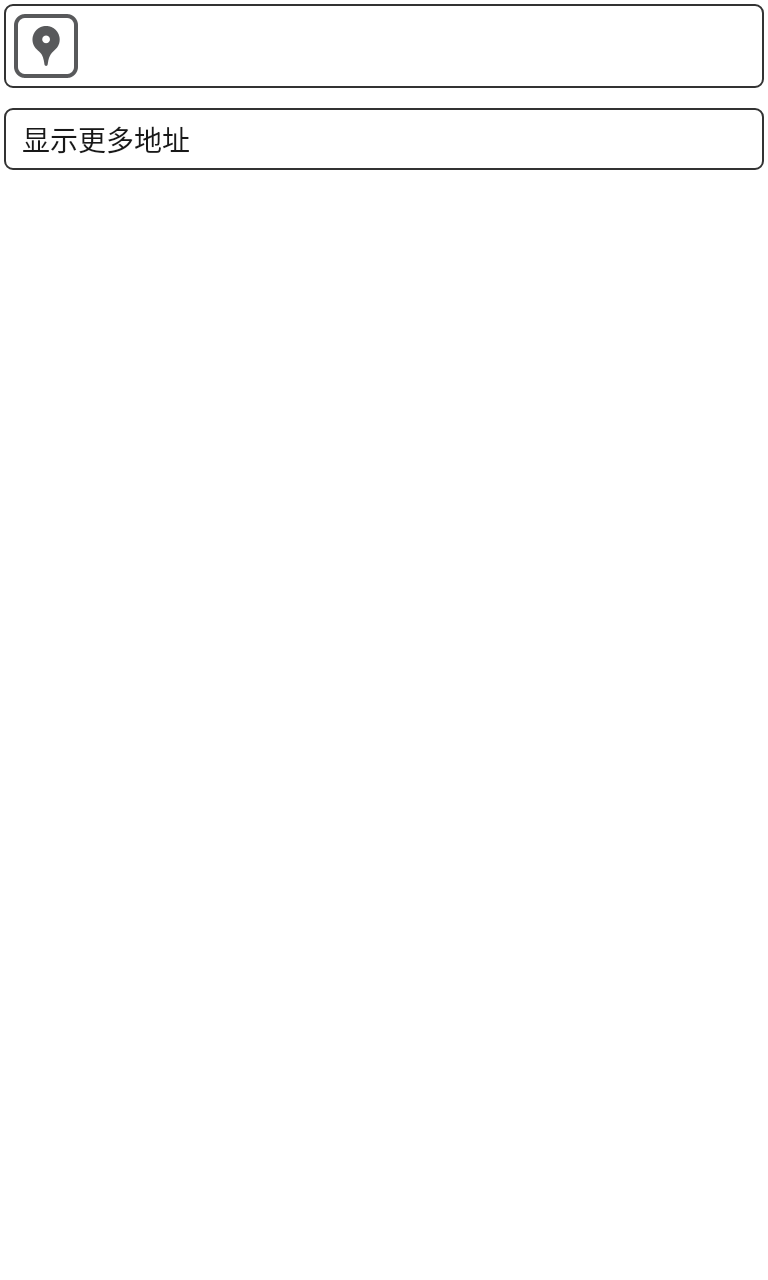
Repository: jornel/Jianjian
Layout: android/res/layout/venue_picker_page.xml
The author's editor kept a copy of each file at every save. The layout is drawn from the files as they stood at one save, then again after the next save.
It is drawn on a 768 x 1280 px phone screen (xhdpi) without system bars, with theme JianjianTheme; the app's code is not run. Lists and similar views that code fills are empty.

Above is the layout before, as saved 2011-06-05 13:21:11.

After the next save:
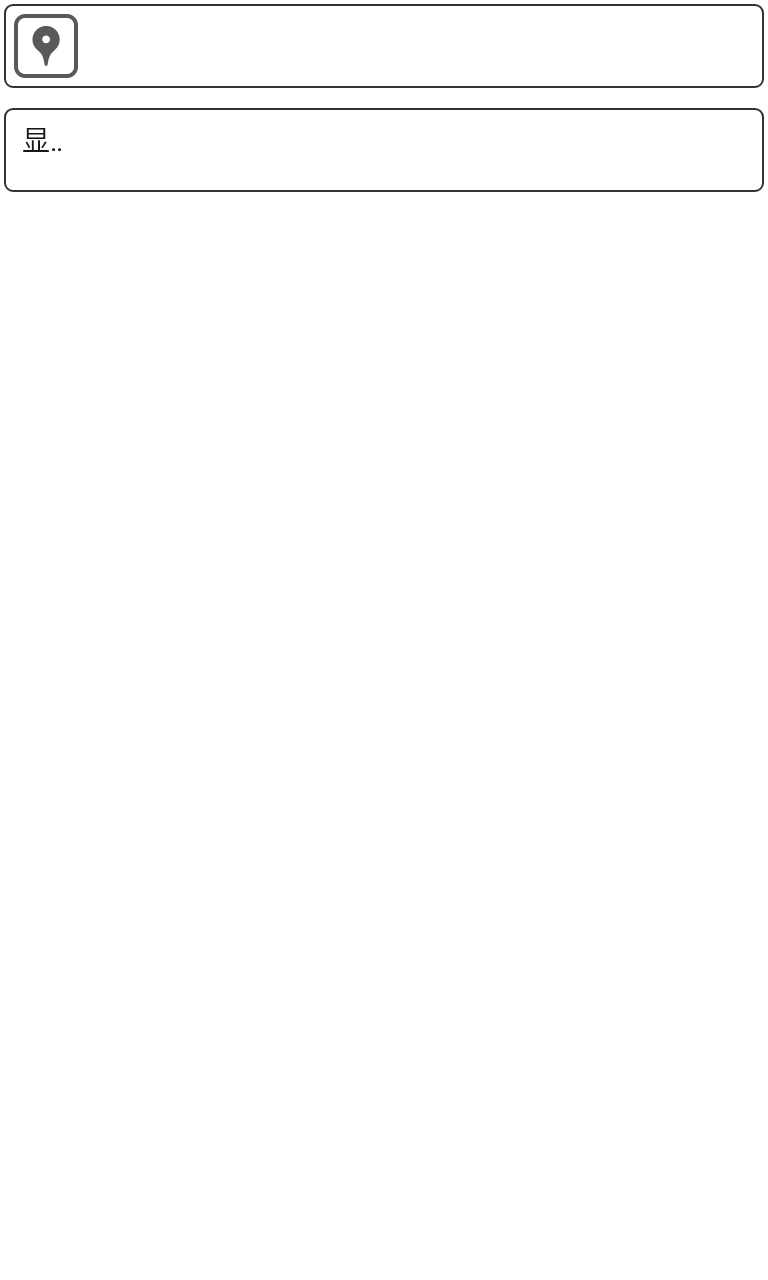
Saved 86 s later.
--- a/android/res/layout/venue_picker_page.xml
+++ b/android/res/layout/venue_picker_page.xml
@@ -76,8 +76,8 @@
 
     <TextView
       android:id="@+id/venuePickerName"
-      android:layout_width="fill_parent"
-      android:layout_height="wrap_content"
+      android:layout_width="32dip"
+      android:layout_height="32dip"
       android:text="@string/more_venues"
       android:textColor="@color/black_end"
       android:textAppearance="@android:style/TextAppearance.Small"
